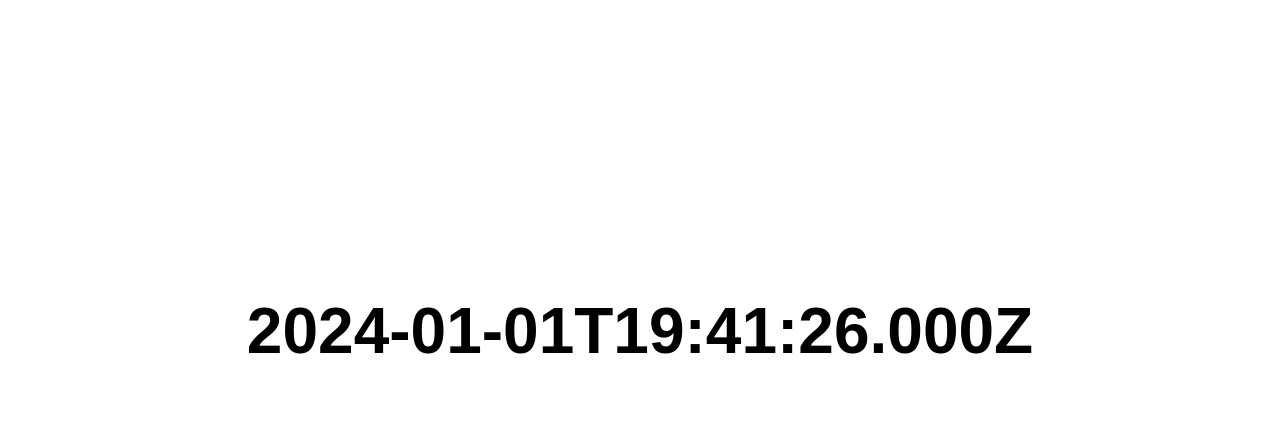
Repository: end888160/end888160.github.io
Page: clock_utc_iso8601.html
These files come from the project's save history. The page is drawn as it stood at one moment and after the next save; the edit follows.
The browser window is 1280 px wide. The pictures show the whole page.

Above is the page before, as saved 2024-09-22 09:59:26.

After the next save:
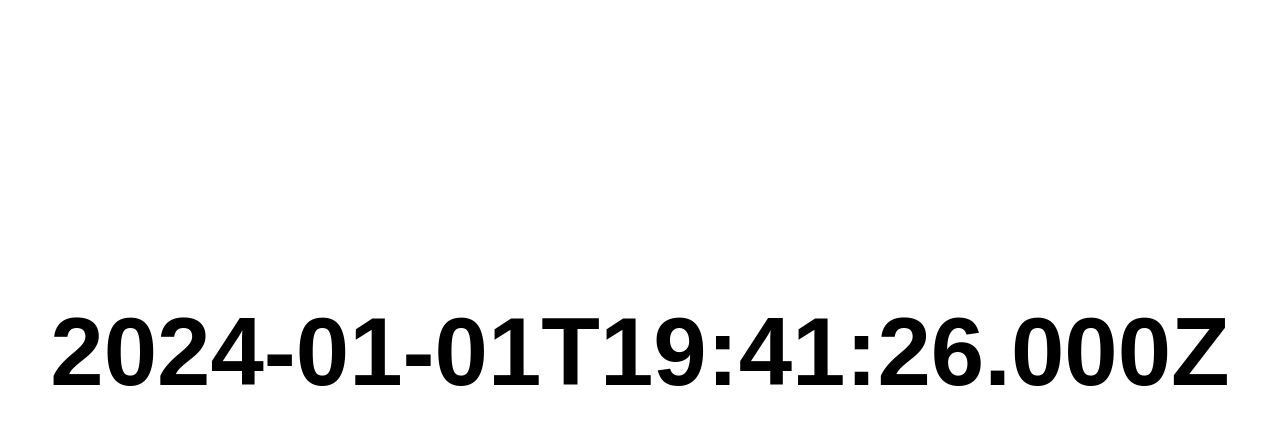
Saved 17 s later.
--- a/clock_utc_iso8601.html
+++ b/clock_utc_iso8601.html
@@ -11,7 +11,7 @@
 		display: flex;
 		height: 80vh;
 		align-items: center;
-		font-size: 5vw;
+		font-size: 7.5vw;
 		font-family: Arial, Helvetica, "Noto Sans", sans-serif;
 
 	}
@@ -30,7 +30,11 @@
 		color: white;
 		}
 	}
-
+	@media only screen and (orientation: portrait) {
+		h1 {
+			font-size: 15vw;
+		}
+	}
 	</style>
 </head>
 <body>
